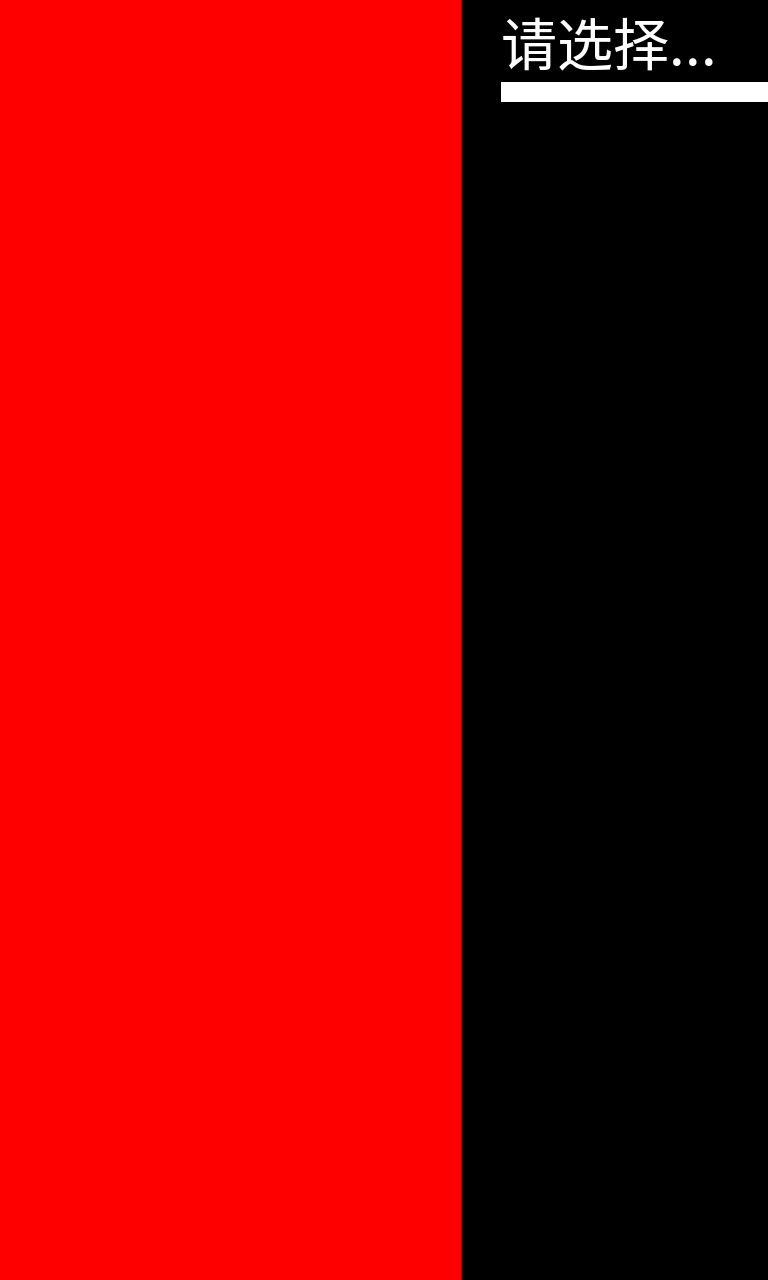
Repository: hhxiaojQCS/QCS_ListView
Layout: QCS/res/layout/activity_filter.xml
These files come from the project's save history. The layout is drawn as it stood at one moment and after the next save; the edit follows.
It is drawn on a 768 x 1280 px phone screen (xhdpi) without system bars, with theme AppTheme; the app's code is not run. Lists and similar views that code fills are empty.

Above is the layout before, as saved 2013-08-07 08:06:18.

After the next save:
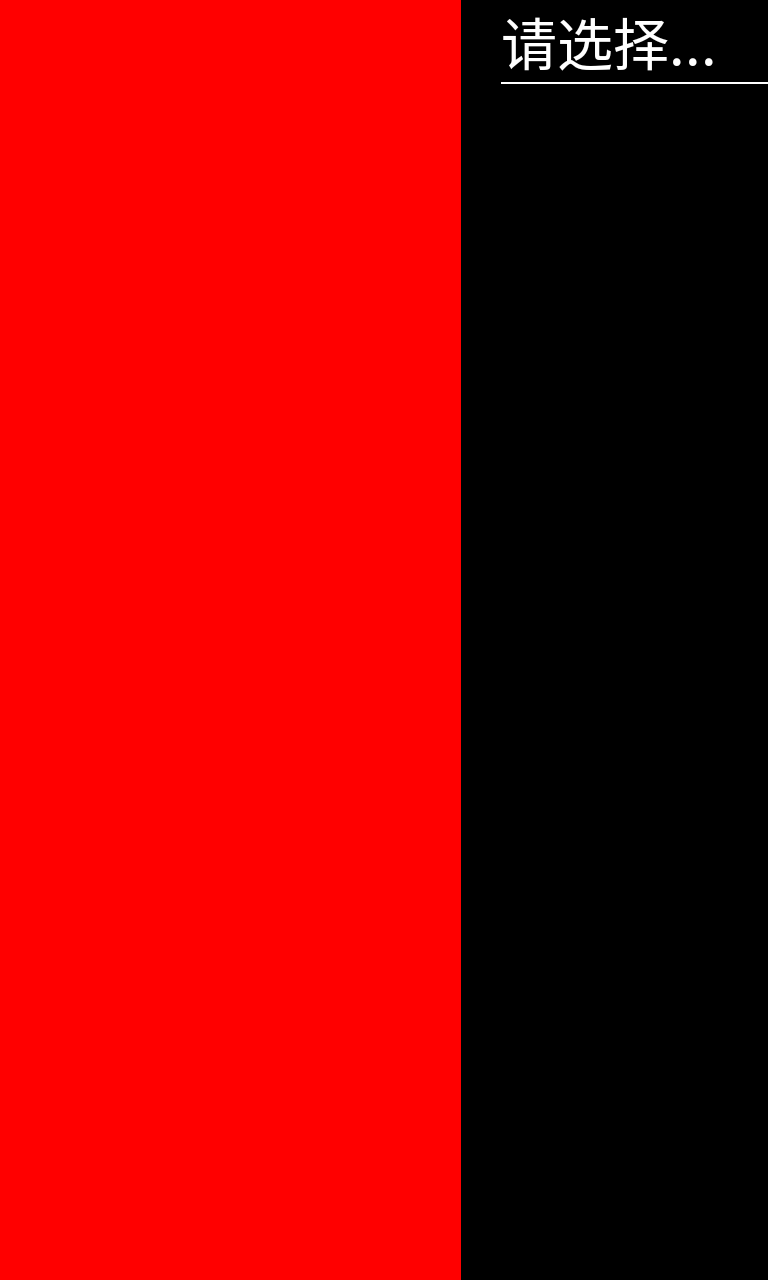
Saved 18 s later.
--- a/QCS/res/layout/activity_filter.xml
+++ b/QCS/res/layout/activity_filter.xml
@@ -40,7 +40,7 @@
 
             <View
                 android:layout_width="match_parent"
-                android:layout_height="10dp"
+                android:layout_height="1dp"
                 android:background="#FFFFFF" />
         </LinearLayout>
 
